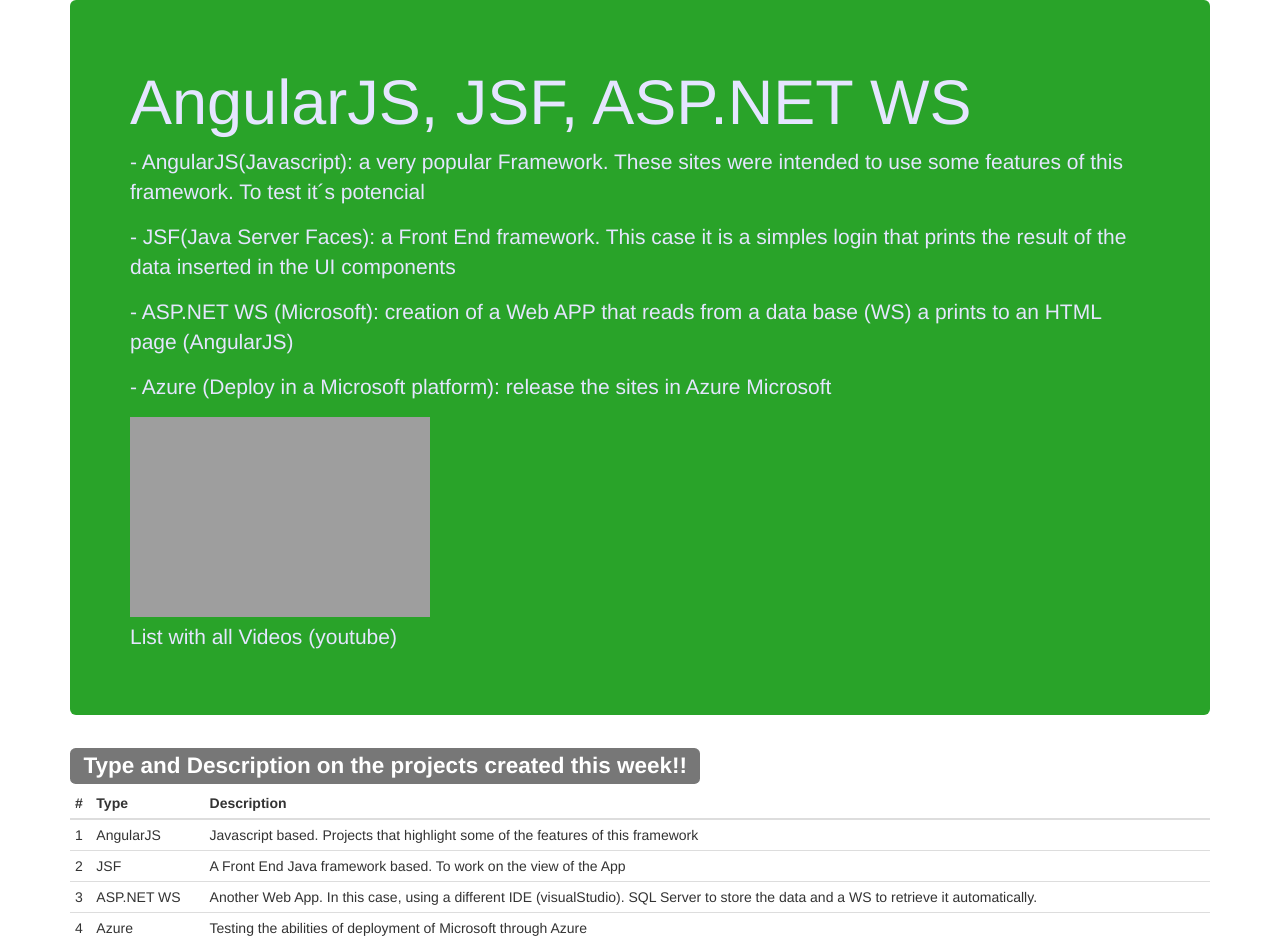
Repository: atafs/Deploy_GoogleAppEngine_webAPPS
Page: Project_002_Deploy_americotomasLIB/war/index.html
These files come from the project's save history. The page is drawn as it stood at one moment and after the next save; the edit follows.
The browser window is 1280 px wide. The pictures show the part of the page from y = 0 to 952 px (the page is 2904 px tall).
Pictures or frames that could not be fetched are drawn as grey boxes.

Above is the page before, as saved 2016-02-04 17:26:02.
Console error (its wording comes from the project's code and is left out).

### Project_002_Deploy_americotomasLIB/war/index.html
<!DOCTYPE html>
<html lang="en">
<head>
<meta charset="utf-8">
<meta http-equiv="X-UA-Compatible" content="IE=edge">
<meta name="viewport" content="width=device-width, initial-scale=1">
<!-- The above 3 meta tags *must* come first in the head; any other head content must come *after* these tags -->
<meta name="description" content="">
<meta name="author" content="">
<link rel="icon" href="../../favicon.ico">

<title>AmericoTomas Proj</title>

</head>
<body role="document">
	<div class="container theme-showcase" role="main">
		<!-- Main jumbotron for a primary marketing message or call to action -->
		<div style="background-color: #29a329; color: #e5e5ff" class="jumbotron">
			<h1>AngularJS, JSF, ASP.NET WS</h1>
			<p>- AngularJS(Javascript): a very popular Framework. These sites were intended to use some features of this framework. To test it´s potencial</p>
			<p>- JSF(Java Server Faces): a Front End framework. This case it is a simples login that prints the result of the data inserted in the UI components</p>
			<p>- ASP.NET WS (Microsoft): creation of a Web APP that reads from a data base (WS) a prints to an HTML page (AngularJS)</p>
			<p>- Azure (Deploy in a Microsoft platform): release the sites in Azure Microsoft </p>

			<iframe width="300" height="200" src="https://www.youtube.com/embed/videoseries?list=PLBaNeIDelX0LWugK_EMfT9q_S85-bH_qY" frameborder="0" allowfullscreen></iframe>
			<p>List with all Videos (youtube)</p>

		</div>
		<h2>
			<span class="label label-default">Type and Description on the
				projects created this week!!</span>
		</h2>
		<div class="row-md-6">
			<table class="table table-condensed">
				<thead>
					<tr>
						<th>#</th>
						<th>Type</th>
						<th>Description</th>
					</tr>
				</thead>
				<tbody>
					<tr>
						<td>1</td>
						<td>AngularJS</td>
						<td>Javascript based. Projects that highlight some of the features of this framework </td>
					</tr>
					<tr>
						<td>2</td>
						<td>JSF</td>
						<td>A Front End Java framework based. To work on the view of the App</td>
					</tr>
					<tr>
						<td>3</td>
						<td>ASP.NET WS</td>
						<td>Another Web App. In this case, using a different IDE (visualStudio). SQL Server to store the data and a WS to retrieve it automatically. </td>
					</tr>
					<tr>
						<td>4</td>
						<td>Azure</td>
						<td>Testing the abilities of deployment of Microsoft through Azure</td>
					</tr>
				</tbody>
			</table>
		</div>
		<div class="row"></div>
		<!-- /.col-sm-4 -->
		<div class="row-sm-4"  style="text-align: center">
			<div class="panel panel-default">
				<div class="panel-heading">
					<h3 class="panel-title">1- AngularJS</h3>
				</div>
				<div class="panel-body">
					<h2>
						<span class="label label-success" style="color: white;">FrontEnd_JS_Angular - Proj01-14</span>
					</h2>
					<iframe width="560" height="315" src="https://www.youtube.com/embed/Ko11xbZfoR0?list=PLBaNeIDelX0LWugK_EMfT9q_S85-bH_qY" frameborder="0" allowfullscreen></iframe>
			</div>

			<div class="panel panel-default">
				<div class="panel-heading">
					<h3 class="panel-title">2- Java Server Faces</h3>
				</div>
				<div class="panel-body">
					<div>
						<h2>
							<span class="label label-success" style="color: white;">FrontEnd_Java_JSF - Proj01-02</span>
						</h2>
						<iframe width="560" height="315" src="https://www.youtube.com/embed/knD61DM7_cI?list=PLBaNeIDelX0LWugK_EMfT9q_S85-bH_qY" frameborder="0" allowfullscreen></iframe>
					</div>
				</div>
			</div>
			<div class="panel panel-default">
				<div class="panel-heading">
					<h3 class="panel-title">ASP.NET WS</h3>
				</div>
				<div class="panel-body">
					<h2>
						<span class="label label-success" style="color: white;">BackEnd_C-Sharp_ASP_NET_WS_AngularJS - Proj01-02</span>
					</h2>
					<iframe width="560" height="315" src="https://www.youtube.com/embed/n4GIGLrWXkw?list=PLBaNeIDelX0LWugK_EMfT9q_S85-bH_qY" frameborder="0" allowfullscreen></iframe>
				</div>
			</div>
			<div class="panel panel-default">
				<div class="panel-heading">
					<h3 class="panel-title">4- Sites of these APPS</h3>
				</div>
				<div class="panel-body">
					 <div style="text-align: left">
				        <h4>Sites of One Page for an AngularJS simple Features:</h4>
				        <p> - Site01: <a href="http://americotomaslib001nodejsfirst.azurewebsites.net/">001nodejsfirst</a></p>
				        <p> - Site02: <a href="http://americotomaslib002nodejslibandbinding.azurewebsites.net/">002nodejslibandbinding.</a></p>
				        <p> - Site03: <a href="http://americotomaslib003nodejsmoduleandcontroller.azurewebsites.net/">003nodejsmoduleandcontroller</a></p>
				        <p> - Site04: <a href="http://americotomaslib004nodejscontrollers.azurewebsites.net/">004nodejscontrollers</a></p>
				        <p> - Site05: <a href="http://americotomaslib005nodejssrcdirective.azurewebsites.net/">005nodejssrcdirective</a></p>
				        <p> - Site06: <a href="http://americotomaslib006twowaydatabinding.azurewebsites.net/">006twowaydatabinding</a></p>
				        <p> - Site07: <a href="http://americotomaslib007ngrepeat.azurewebsites.net/">007ngrepeat</a></p>
				        <p> - Site08: <a href="http://americotomaslib008buttonevents.azurewebsites.net/">008buttonevents</a></p>
				        <p> - Site09: <a href="http://americotomaslib009filters.azurewebsites.net/">009filters</a></p>
				        <p> - Site10: <a href="http://americotomaslib010filterexactmatch.azurewebsites.net/">010filterexactmatch</a></p>
				        <p> - Site11: <a href="http://americotomaslib011nghideshow.azurewebsites.net/">011nghideshow</a></p>
				        <p> - Site12: <a href="http://americotomaslib012nginit.azurewebsites.net/">012nginit</a></p>
				        <p> - Site13: <a href="http://americotomaslib013anchorscroll.azurewebsites.net/">013anchorscroll</a></p>
    				</div>
				</div>
			</div>
		</div>
	</div>
	<!-- /container -->

	<!-- Latest compiled and minified CSS -->
	<link rel="stylesheet"
		href="https://maxcdn.bootstrapcdn.com/bootstrap/3.3.6/css/bootstrap.min.css"
		integrity="sha384-1q8mTJOASx8j1Au+a5WDVnPi2lkFfwwEAa8hDDdjZlpLegxhjVME1fgjWPGmkzs7"
		crossorigin="anonymous">

	<!-- Optional theme -->
	<link rel="stylesheet"
		href="https://maxcdn.bootstrapcdn.com/bootstrap/3.3.6/css/bootstrap-theme.min.css"
		integrity="sha384-fLW2N01lMqjakBkx3l/M9EahuwpSfeNvV63J5ezn3uZzapT0u7EYsXMjQV+0En5r"
		crossorigin="anonymous">

	<!-- Latest compiled and minified JavaScript -->
	<script
		src="https://maxcdn.bootstrapcdn.com/bootstrap/3.3.6/js/bootstrap.min.js"></script>
</body>
</html>

After the next save:
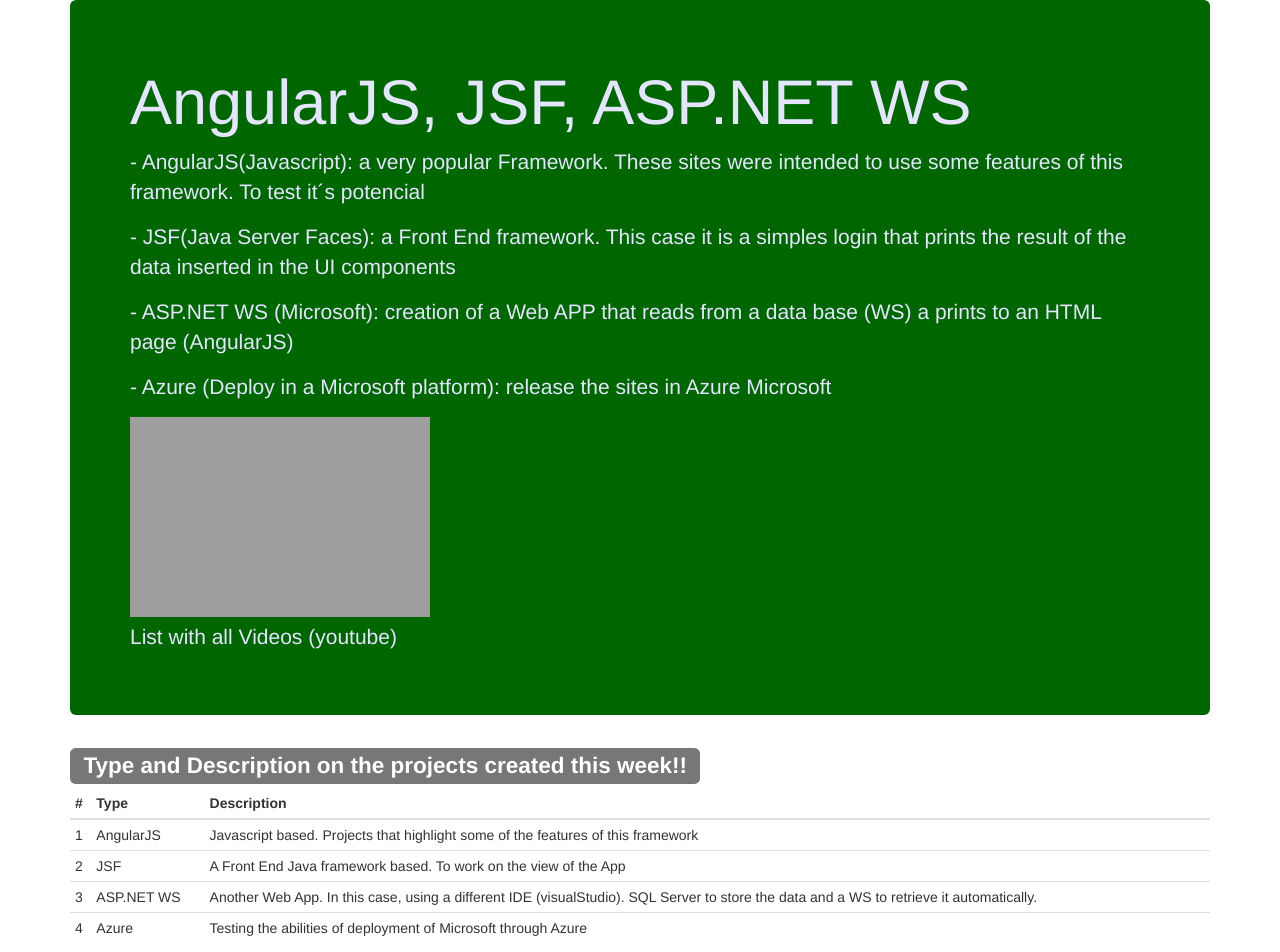
Saved 2 min 25 s later.
--- a/Project_002_Deploy_americotomasLIB/war/index.html
+++ b/Project_002_Deploy_americotomasLIB/war/index.html
@@ -15,7 +15,7 @@
 <body role="document">
 	<div class="container theme-showcase" role="main">
 		<!-- Main jumbotron for a primary marketing message or call to action -->
-		<div style="background-color: #29a329; color: #e5e5ff" class="jumbotron">
+		<div style="background-color: #006600; color: #e5e5ff" class="jumbotron">
 			<h1>AngularJS, JSF, ASP.NET WS</h1>
 			<p>- AngularJS(Javascript): a very popular Framework. These sites were intended to use some features of this framework. To test it´s potencial</p>
 			<p>- JSF(Java Server Faces): a Front End framework. This case it is a simples login that prints the result of the data inserted in the UI components</p>
